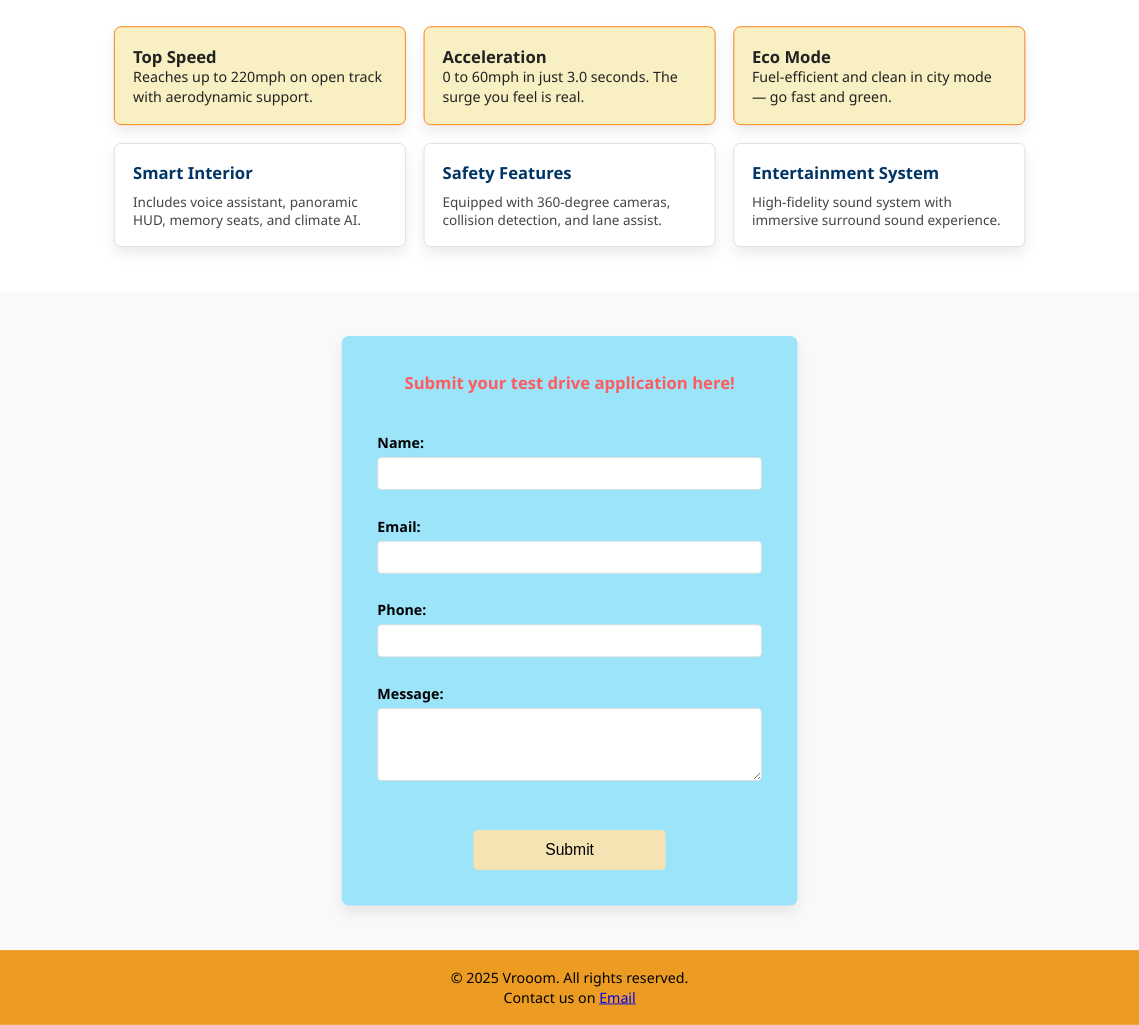
Repository: JiaheSu22/vrooom-responsive-main
Page: index.html
These files come from the project's save history. The page is drawn as it stood at one moment and after the next save; the edit follows.
The browser window is 1280 px wide. The pictures show the part of the page from y = 740 to 1892 px (the page is 1892 px tall), at 89% of full size.
A picture or video elsewhere on the page could not be fetched, so the positions and the page height are approximate.

Above is the page before, as saved 2025-04-11 15:23:49.

After the next save:
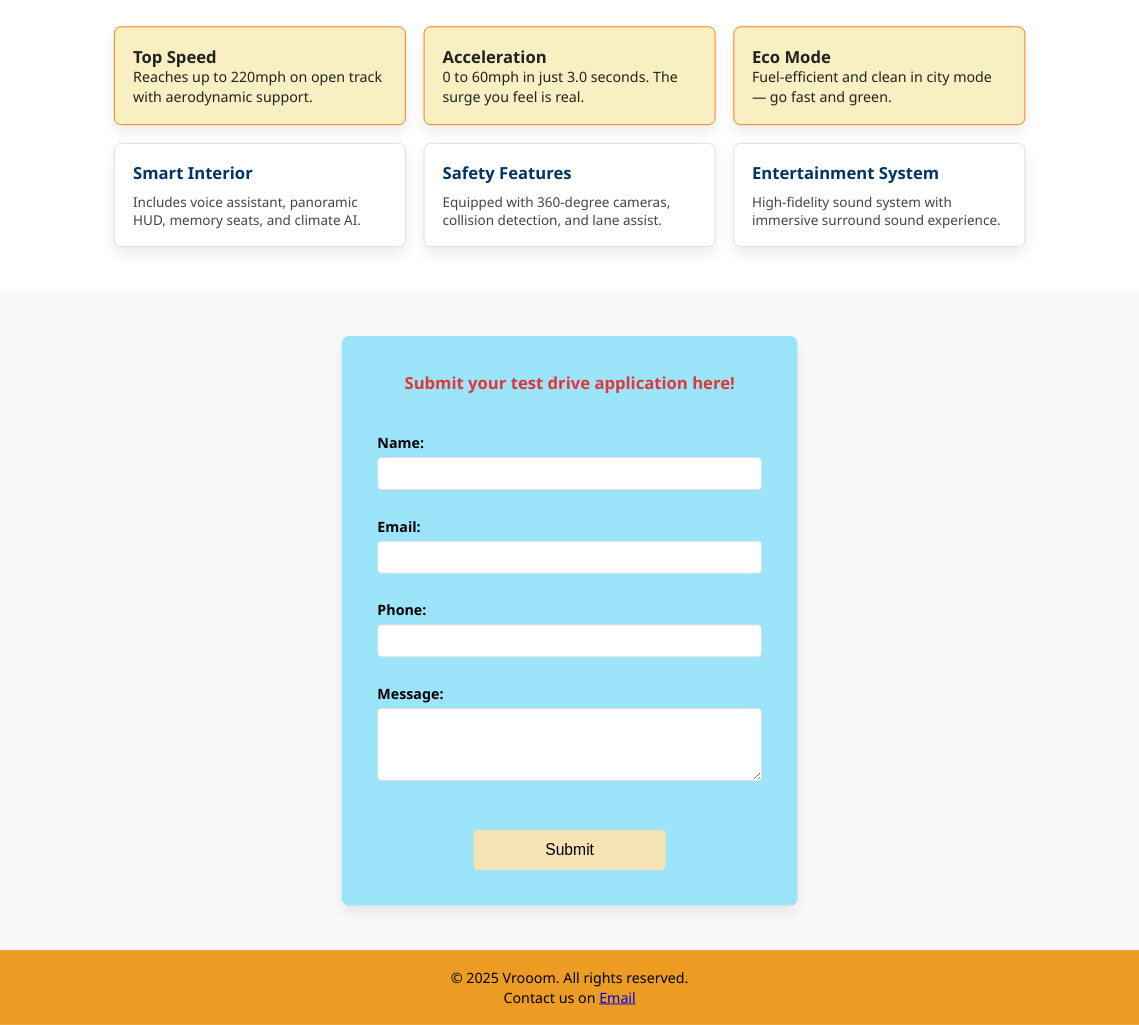
Saved 32 s later.
--- a/index.html
+++ b/index.html
@@ -294,7 +294,7 @@
 
   <section class="form-section">
     <form action="">
-      <h3 style="color: rgb(254, 92, 92);">Submit your test drive application here!</h3> <br><br>
+      <h3 style="color: rgb(223, 55, 55);">Submit your test drive application here!</h3> <br><br>
       <div class="form">
         <label for="name">Name:</label>
         <input type="text" id="name" name="name" required>
